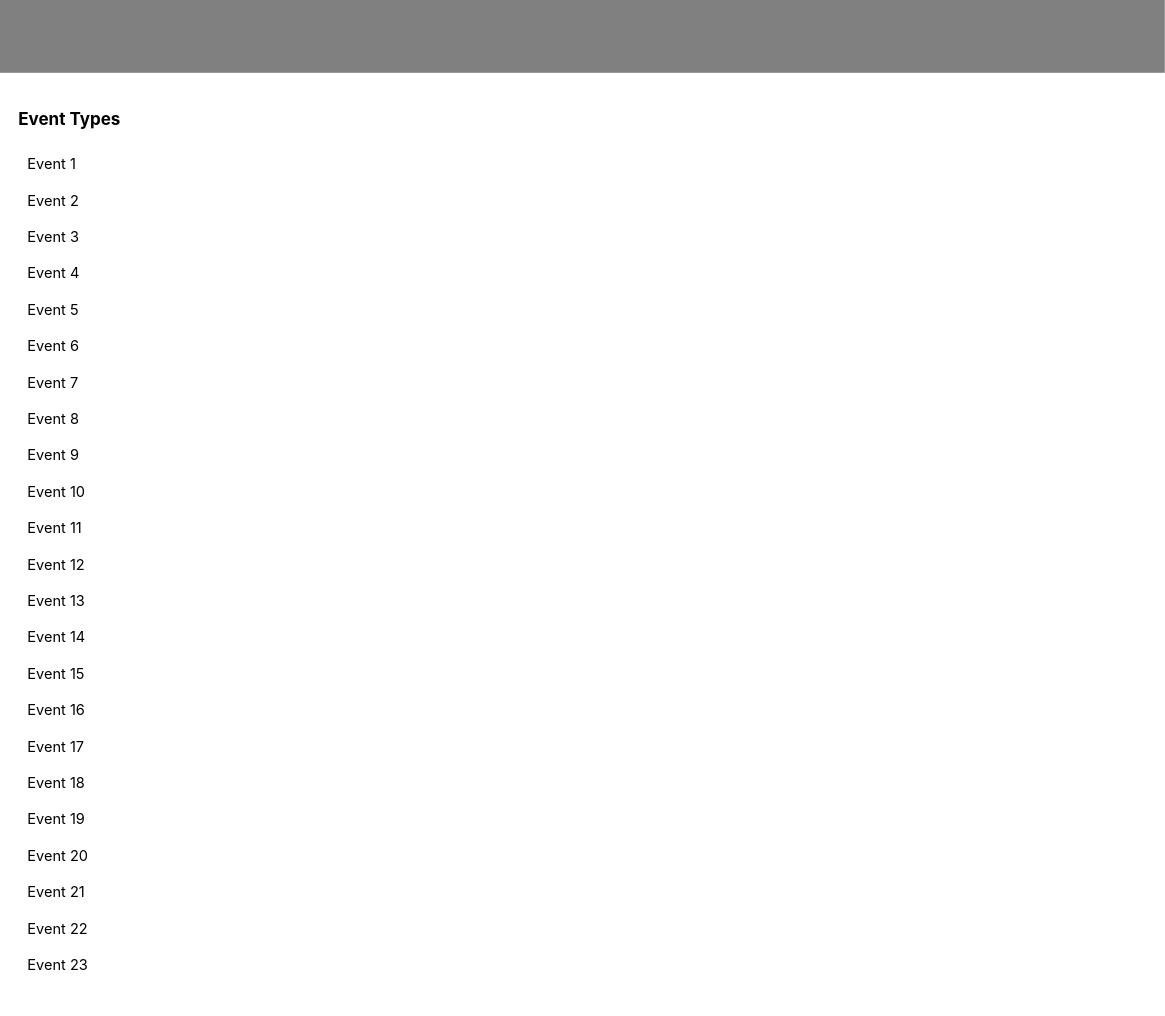
Repository: TauqeerHusain/Assignment
Page: /
An editor plug-in stored every save of this project. The page is shown before and after the next save, followed by the edit.
The browser window is 1280 px wide. The pictures show the whole page, at 91% of full size.
The project was rebuilt for these pictures with package versions that can differ from the ones it lists, and the page was loaded fresh each time.

Above is the page before, as saved 2023-02-07 10:50:54.

### src/App.js
import React, { useState } from "react";

const events = [
  {
    name: "Event 1",
    date: "01/01/2023",
    location: "New York",
    description: "Description for event 1",
  },
  {
    name: "Event 2",
    date: "02/01/2023",
    location: "Los Angeles",
    description: "Description for event 2",
  },
  {
    name: "Event 3",
    date: "03/01/2023",
    location: "Chicago",
    description: "Description for event 3",
  },
  {
    name: "Event 4",
    date: "04/01/2023",
    location: "Houston",
    description: "Description for event 4",
  },
  {
    name: "Event 5",
    date: "01/02/2023",
    location: "India",
    description: "Description for event 5",
  },
  {
    name: "Event 6",
    date: "01/08/2023",
    location: "Pakistan",
    description: "Description for event 6",
  },
  {
    name: "Event 7",
    date: "01/01/2023",
    location: "New York",
    description: "Description for event 7",
  },
  {
    name: "Event 8",
    date: "06/01/2023",
    location: "New York",
    description: "Description for event 8",
  },
  {
    name: "Event 9",
    date: "09/01/2023",
    location: "New York",
    description: "Description for event 9",
  },
  {
    name: "Event 10",
    date: "01/01/2023",
    location: "New York",
    description: "Description for event 10",
  },
  {
    name: "Event 11",
    date: "01/01/2023",
    location: "New York",
    description: "Description for event 11",
  },
  {
    name: "Event 12",
    date: "01/01/2023",
    location: "New York",
    description: "Description for event 12",
  },
  {
    name: "Event 13",
    date: "01/01/2023",
    location: "New York",
    description: "Description for event 13",
  },
  {
    name: "Event 14",
    date: "01/01/2023",
    location: "New York",
    description: "Description for event 14",
  },
  {
    name: "Event 15",
    date: "01/01/2023",
    location: "New York",
    description: "Description for event 15",
  },
  {
    name: "Event 16",
    date: "01/01/2023",
    location: "New York",
    description: "Description for event 16",
  },
  {
    name: "Event 17",
    date: "01/01/2023",
    location: "New York",
    description: "Description for event 17",
  },
  {
    name: "Event 18",
    date: "01/01/2023",
    location: "New York",
    description: "Description for event 18",
  },
  {
    name: "Event 19",
    date: "01/01/2023",
    location: "New York",
    description: "Description for event 19",
  },
  {
    name: "Event 20",
    date: "01/01/2023",
    location: "New York",
    description: "Description for event 20",
  },
  {
    name: "Event 21",
    date: "01/01/2023",
    location: "New York",
    description: "Description for event 21",
  },
  {
    name: "Event 22",
    date: "01/01/2023",
    location: "New York",
    description: "Description for event 22",
  },
  {
    name: "Event 23",
    date: "01/01/2023",
    location: "New York",
    description: "Description for event 23",
  },
];

const App = () => {
  const [openTabs, setOpenTabs] = useState([]);

  const [selectedEvent, setSelectedEvent] = useState(null);

  const handleCloseTab = () => {
    setSelectedEvent(null);
  };

  const tabChangeHandler = (name) => {
    if (selectedEvent && selectedEvent.name === name) return;
    const data = events.filter((item) => item.name === name);
    setSelectedEvent(data.pop());
    console.log("2eadasd");
  };

  const closeTabHandler = (eventName) => {
    const updatedTabs = openTabs.filter((item) => item !== eventName);

    setSelectedEvent(null);
    setOpenTabs(updatedTabs);
  };

  return (
    <>
      <nav>
        <div
          style={{
            paddingLeft: 200,
            height: 80,
            background: "gray",
            display: "flex",
            columnGap: 30,
            alignItems: "center",
          }}
        >
          {openTabs.map((item) => (
            <div
              key={item}
              style={{
                backgroundColor: selectedEvent
                  ? selectedEvent.name === item
                    ? "skyblue"
                    : "#ccc"
                  : "#ccc",
                padding: "3px 10px",
                borderRadius: 5,
              }}
            >
              <button
                style={{
                  height: 25,
                  background: "transparent",
                  border: 0,
                  margin: 0,
                  cursor: "pointer",
                }}
                onClick={() => {
                  tabChangeHandler(item);
                }}
              >
                {item}
              </button>
              <span
                style={{ cursor: "pointer" }}
                onClick={() => closeTabHandler(item)}
              >
                X
              </span>
            </div>
          ))}
        </div>
      </nav>
      <div style={{ display: "flex" }}>
        <div style={{ width: "20%", padding: "20px" }}>
          <h3>Event Types</h3>
          <ul style={{ listStyleType: "none", padding: 0 }}>
            {events.map((event) => (
              <li
                key={event.name}
                style={{ padding: "10px", cursor: "pointer" }}
                onClick={() => {
                  if (!openTabs.includes(event.name)) {
                    setOpenTabs((prev) =>
                      prev.length > 0 ? [...prev, event.name] : [event.name]
                    );
                  }
                  setSelectedEvent(event);
                }}
              >
                {event.name}
              </li>
            ))}
          </ul>
        </div>
        {selectedEvent && (
          <div style={{ width: "80%", padding: "20px" }}>
            <div
              style={{
                display: "flex",
                justifyContent: "space-between",
                alignItems: "center",
              }}
            >
              <h3>{selectedEvent.name}</h3>
              <div
                style={{
                  display: "inline-block",
                  padding: "10px",
                  backgroundColor: "lightgray",
                  borderRadius: "50%",
                  cursor: "pointer",
                }}
                onClick={handleCloseTab}
                onMouseEnter={() => {
                  console.log("Mouse entered");
                }}
                onMouseLeave={() => {
                  console.log("Mouse left");
                }}
              >
                x
              </div>
            </div>
            <p>Date: {selectedEvent.date}</p>
            <p>Location: {selectedEvent.location}</p>
            <p>Description: {selectedEvent.description}</p>
          </div>
        )}
      </div>
    </>
  );
};

export default App;

Loaded but not shown: public/index.html (common file); src/index.js (common file); src/index.css (common file); src/reportWebVitals.js (common file)

After the next save:
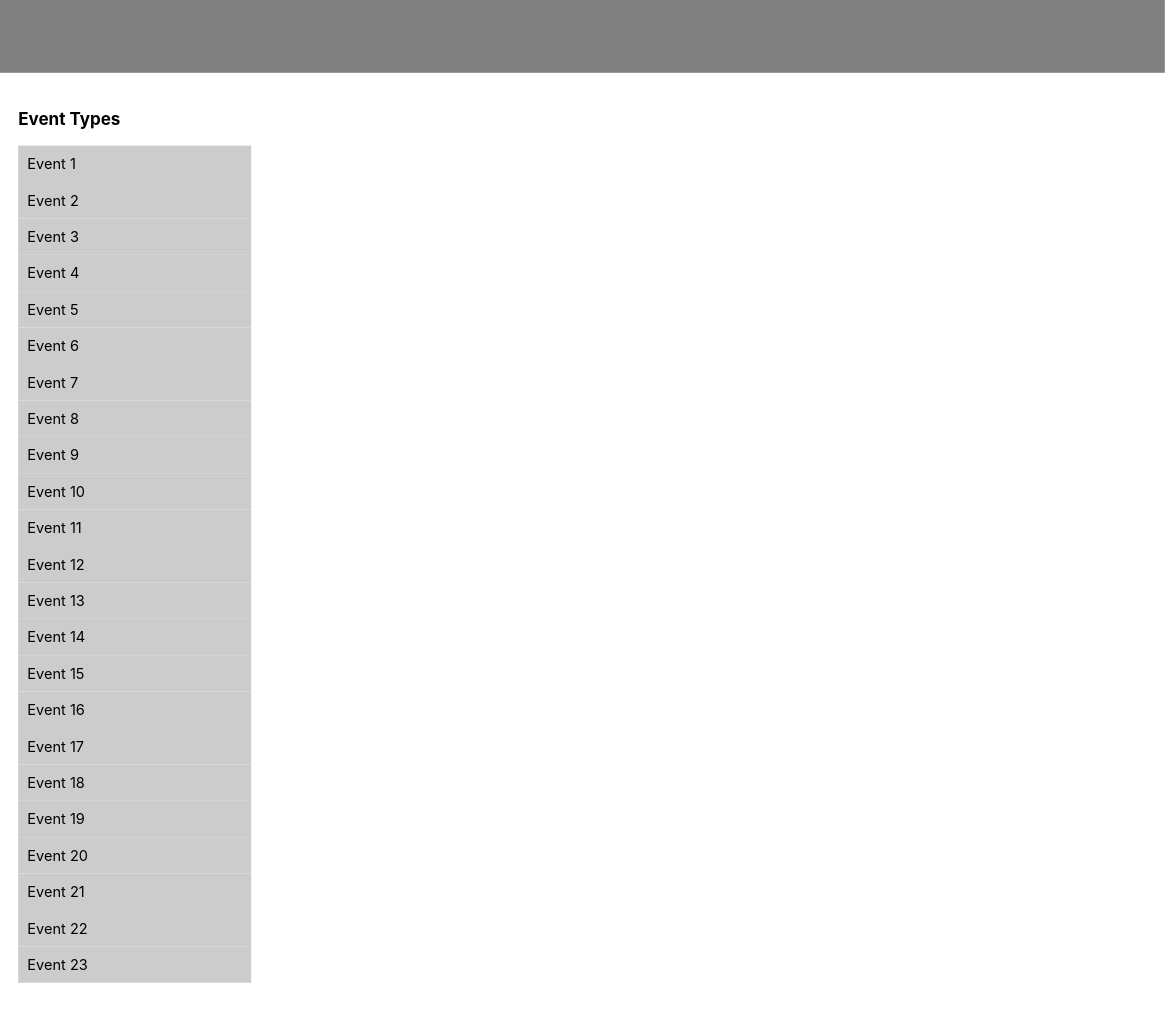
Saved 37 s later.
--- a/src/App.js
+++ b/src/App.js
@@ -221,7 +221,15 @@ const App = () => {
             {events.map((event) => (
               <li
                 key={event.name}
-                style={{ padding: "10px", cursor: "pointer" }}
+                style={{
+                  padding: "10px",
+                  cursor: "pointer",
+                  backgroundColor: selectedEvent
+                    ? selectedEvent.name === item
+                      ? "skyblue"
+                      : "#ccc"
+                    : "#ccc",
+                }}
                 onClick={() => {
                   if (!openTabs.includes(event.name)) {
                     setOpenTabs((prev) =>
